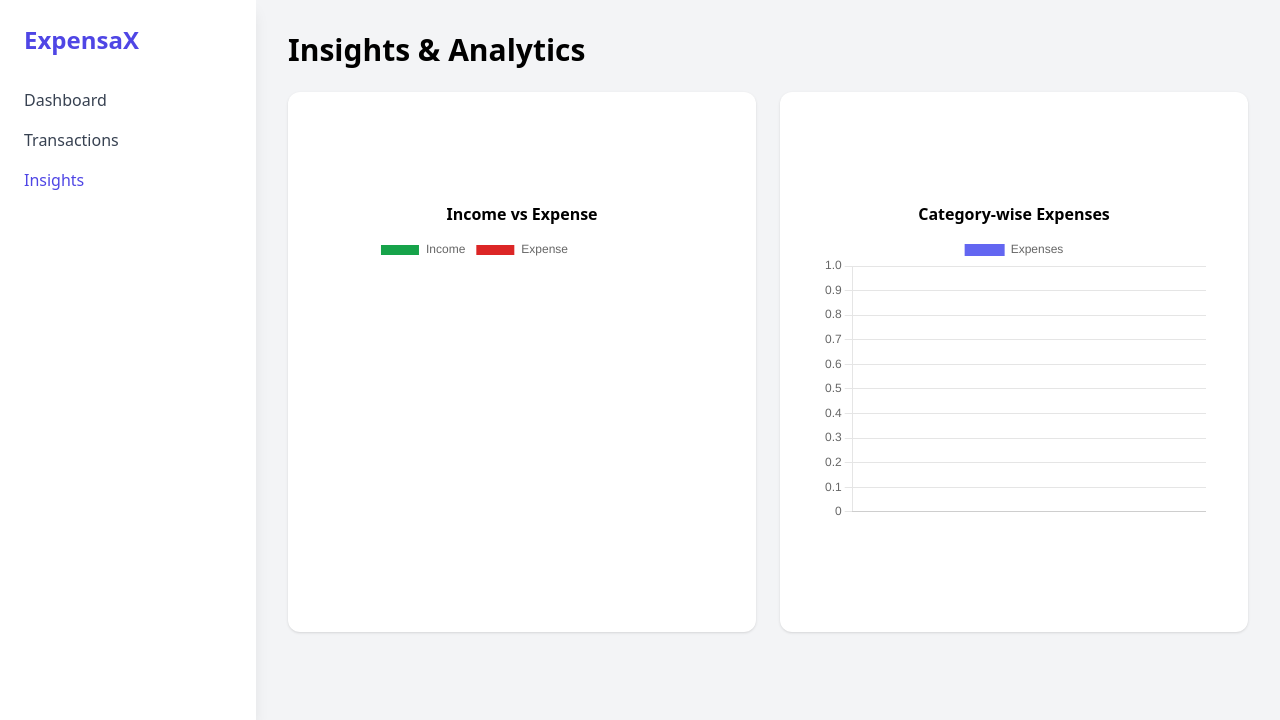
Repository: Shashank1-6/ExpensaX-Personal-Finance-Web-App
Page: frontend/insights.html
These files come from the project's save history. The page is drawn as it stood at one moment and after the next save; the edit follows.
The browser window is 1280 px wide. The pictures show the whole page.
The page's requests for data from a server got no answer. Some web libraries are served in a nearby version.

Above is the page before, as saved 2025-12-06 10:46:44.

### frontend/insights.html
<!DOCTYPE html>
<html lang="en">
<head>
  <meta charset="UTF-8">
  <meta name="viewport" content="width=device-width, initial-scale=1.0">
  <title>ExpensaX - Insights</title>

  <script src="https://cdn.tailwindcss.com"></script>
  <!-- Chart.js -->
  <script src="https://cdn.jsdelivr.net/npm/chart.js"></script>
</head>

<body class="bg-gray-100 flex">

  <!-- Sidebar -->
  <aside class="w-64 h-screen bg-white shadow-lg fixed left-0 top-0 p-6">
    <h2 class="text-2xl font-bold text-indigo-600 mb-8">ExpensaX</h2>

    <nav class="space-y-4">
      <a href="index.html" class="block font-medium text-gray-700 hover:text-indigo-600">Dashboard</a>
      <a href="transactions.html" class="block font-medium text-gray-700 hover:text-indigo-600">Transactions</a>
      <a href="insights.html" class="block font-medium text-indigo-600">Insights</a>
    </nav>
  </aside>

  <!-- Main Content -->
  <main class="ml-64 w-full p-8">
    <h1 class="text-3xl font-bold mb-6">Insights & Analytics</h1>

    <!-- Charts Grid (FIXED SIZE - No Scroll) -->
<div class="grid grid-cols-1 md:grid-cols-2 gap-6 h-[75vh]">

  <!-- Income vs Expense -->
  <div class="bg-white p-4 rounded-xl shadow flex flex-col items-center justify-center">
    <h2 class="font-semibold mb-2">Income vs Expense</h2>
    <div class="w-full max-w-sm h-72">
      <canvas id="pieChart"></canvas>
    </div>
  </div>

  <!-- Category-wise Expenses -->
  <div class="bg-white p-4 rounded-xl shadow flex flex-col items-center justify-center">
    <h2 class="font-semibold mb-2">Category-wise Expenses</h2>
    <div class="w-full max-w-sm h-72">
      <canvas id="barChart"></canvas>
    </div>
  </div>

</div>

  </main>

  <script type="module" src="js/api.js"></script>
  <script type="module" src="js/insights.js"></script>
</body>
</html>

### frontend/js/api.js
// api.js - central API helper

export const API_BASE_URL = "http://localhost:5000/api";

// GET /api/transactions
export async function fetchTransactions() {
  try {
    const res = await fetch(`${API_BASE_URL}/transactions`);
    return await res.json();
  } catch (err) {
    console.error("Error fetching transactions:", err);
    return [];
  }
}

// GET /api/transactions/stats
export async function fetchStats() {
  try {
    const res = await fetch(`${API_BASE_URL}/transactions/stats`);
    return await res.json();
  } catch (err) {
    console.error("Error fetching stats:", err);
    return { income: 0, expense: 0, balance: 0 };
  }
}

// POST /api/transactions
export async function addTransaction(data) {
  try {
    const res = await fetch(`${API_BASE_URL}/transactions`, {
      method: "POST",
      headers: { "Content-Type": "application/json" },
      body: JSON.stringify(data),
    });
    return await res.json();
  } catch (err) {
    console.error("Error adding transaction:", err);
  }
}

// DELETE /api/transactions/:id
export async function deleteTransaction(id) {
  try {
    await fetch(`${API_BASE_URL}/transactions/${id}`, {
      method: "DELETE",
    });
  } catch (err) {
    console.error("Error deleting transaction:", err);
  }
}

### frontend/js/insights.js
import { fetchStats, fetchTransactions } from "./api.js";

function createPieChart(income, expense) {
  const ctx = document.getElementById("pieChart");
  if (!ctx) return;

  new Chart(ctx, {
    type: "doughnut",
    data: {
      labels: ["Income", "Expense"],
      datasets: [{
        data: [income, expense],
        backgroundColor: ["#16A34A", "#DC2626"]
      }]
    }
  });
}

function createBarChart(categoriesObj) {
  const ctx = document.getElementById("barChart");
  if (!ctx) return;

  const labels = Object.keys(categoriesObj);
  const data = Object.values(categoriesObj);

  new Chart(ctx, {
    type: "bar",
    data: {
      labels,
      datasets: [{
        label: "Expenses",
        data,
        backgroundColor: "#6366F1"
      }]
    },
    options: {
      responsive: true,
      maintainAspectRatio: false,
      scales: {
        y: { beginAtZero: true }
      }
    }
  });
}

document.addEventListener("DOMContentLoaded", async () => {
  const stats = await fetchStats();
  const transactions = await fetchTransactions();

  // Pie chart
  createPieChart(stats.income || 0, stats.expense || 0);

  // Category expenses only (type = expense)
  const categories = {};
  transactions
    .filter(t => t.type === "expense")
    .forEach(t => {
      const cat = t.category || "Other";
      const amt = Number(t.amount) || 0;
      categories[cat] = (categories[cat] || 0) + amt;
    });

  createBarChart(categories);
});

After the next save:
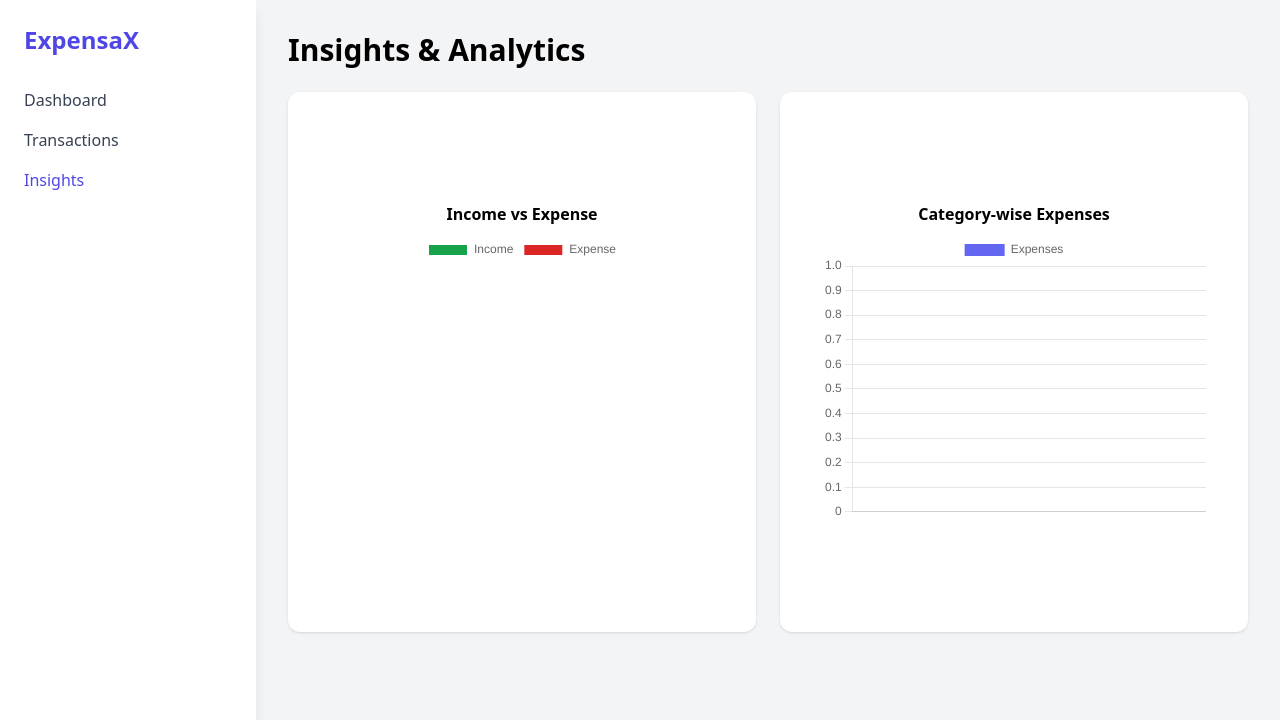
Saved 103 s later.
--- a/frontend/js/insights.js
+++ b/frontend/js/insights.js
@@ -12,6 +12,10 @@ function createPieChart(income, expense) {
         data: [income, expense],
         backgroundColor: ["#16A34A", "#DC2626"]
       }]
+    },
+    options:{
+      responsive : true,
+      maintainAspectRatio: false
     }
   });
 }
